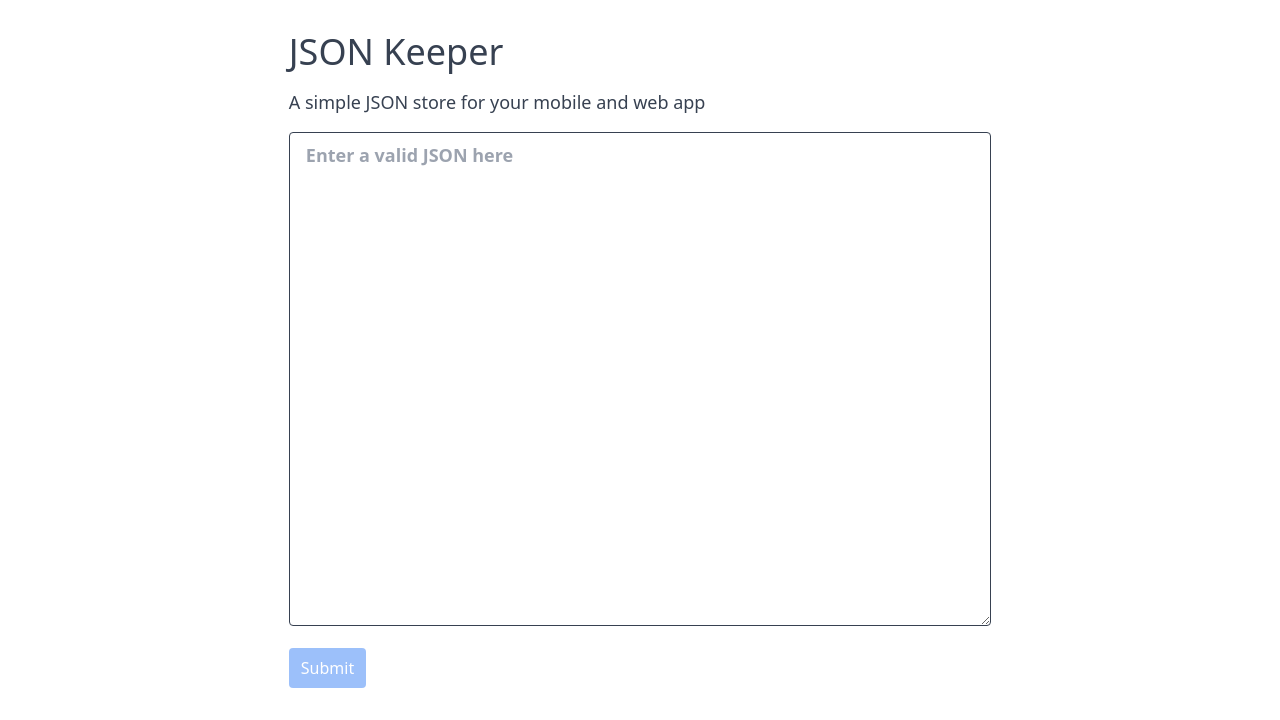
Repository: lakshithapramodya/jsonhub
Page: / (app in client/)
These files come from the project's save history. The page is drawn as it stood at one moment and after the next save; the edit follows.
The browser window is 1280 px wide. The pictures show the whole page.
The page's requests for data from a server got no answer. The project was rebuilt for these pictures with package versions that can differ from the ones it lists, and the page was loaded fresh each time. No one was signed in, and anything a server would have sent is missing. Also part of the build but not shown: client/src/HandleJsonData.js.

Above is the page before, as saved 2023-05-10 12:35:15.

After the next save:
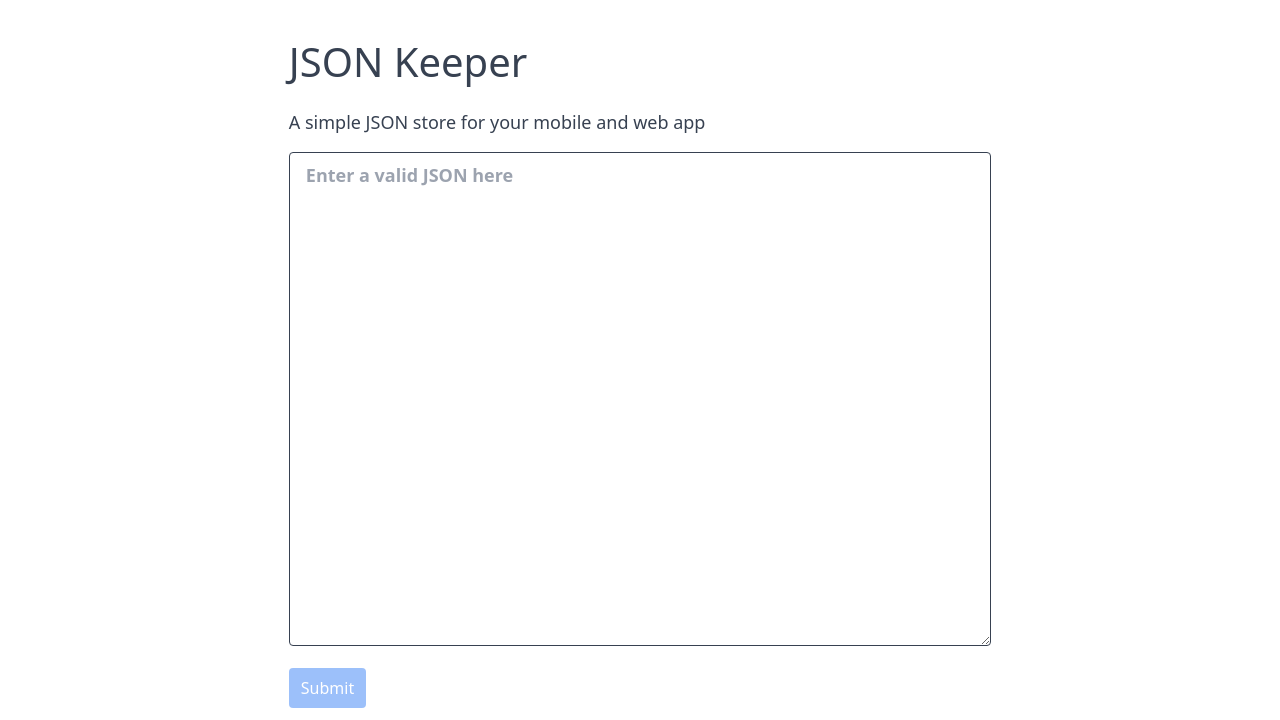
Saved 31 s later.
--- a/client/src/App.js
+++ b/client/src/App.js
@@ -42,7 +42,9 @@ function App() {
       )}
       <div className="flex flex-col mx-auto mt-8 w-full sm:w-[80%] md:w-[70%] lg:w-[58%] items-center justify-center">
         <form onSubmit={handleSubmit} className="w-full space-y-4 px-5">
-          <h1 className="text-4xl font-semibod text-gray-700">JSON Keeper</h1>
+          <h1 className="text-[2.5rem] font-semibod text-gray-700">
+            JSON Keeper
+          </h1>
           <p className="text-gray-700 text-lg">
             A simple JSON store for your mobile and web app
           </p>
